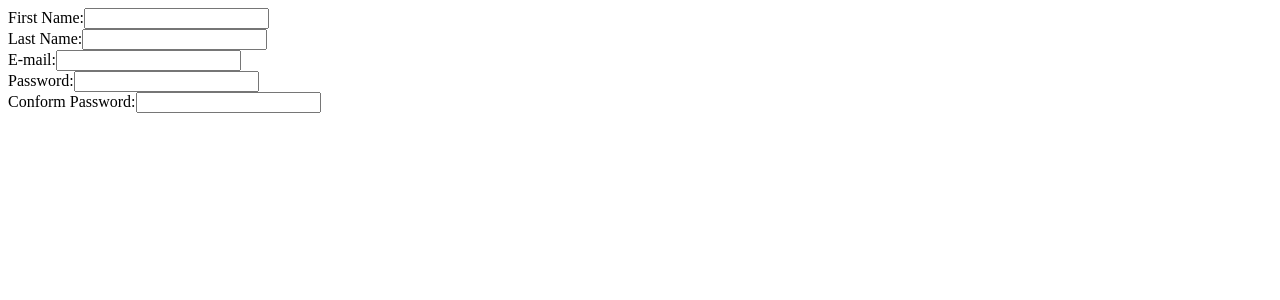
Repository: iamvinayhv/Servlets
Page: App2/WebContent/ html/register.html
These files come from the project's save history. The page is drawn as it stood at one moment and after the next save; the edit follows.
The browser window is 1280 px wide. The pictures show the whole page.

Above is the page before, as saved 2017-03-04 04:22:38.

### App2/WebContent/ html/register.html
<!DOCTYPE html>
<html>
<head>
<meta charset="UTF-8">
<title>Register</title>
</head>
<body>
<form action="reg" method="post">
First Name:<input type="text" name="fname"><br/>
Last Name:<input type="text" name="lname"><br/>
E-mail:<input type="text" name="mail"><br/>
Password:<input type="password" name="pwd"><br/>
Conform Password:<input type="text" name="conform"><br/>


</form>
</body>
</html>

After the next save:
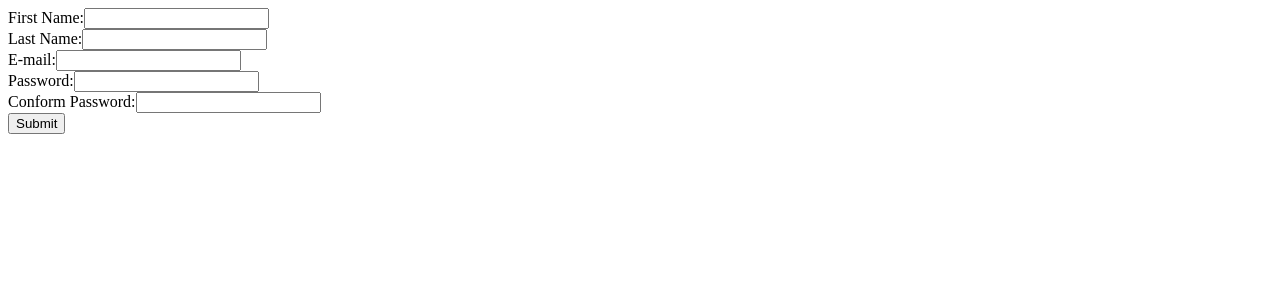
Saved 40 s later.
--- a/App2/WebContent/ html/register.html
+++ b/App2/WebContent/ html/register.html
@@ -11,7 +11,7 @@ Last Name:<input type="text" name="lname"><br/>
 E-mail:<input type="text" name="mail"><br/>
 Password:<input type="password" name="pwd"><br/>
 Conform Password:<input type="text" name="conform"><br/>
-
+<input type="submit" name="Register">
 
 </form>
 </body>
